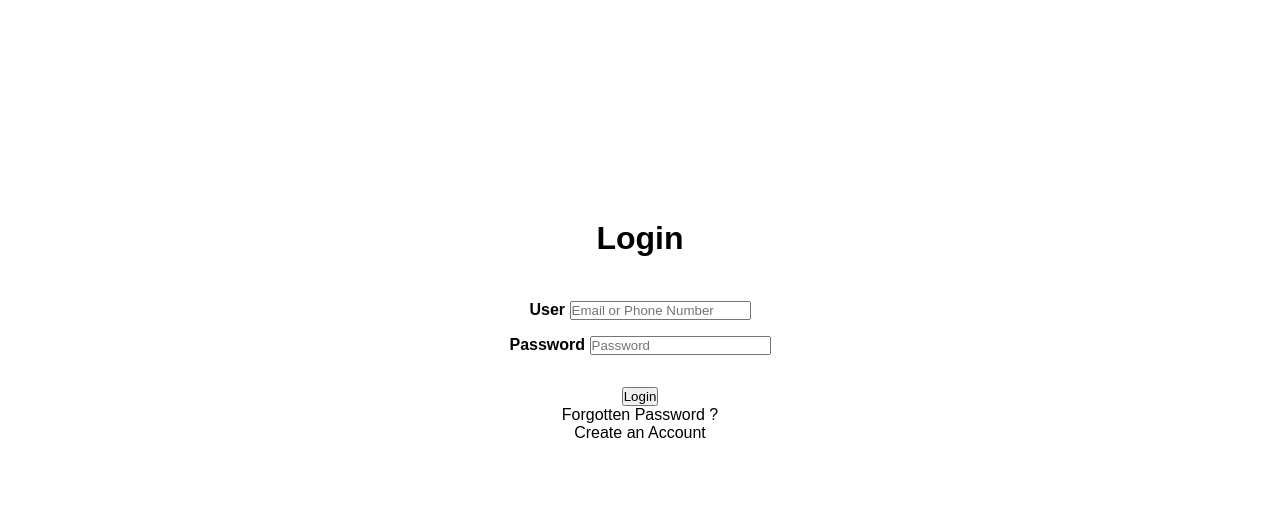
Repository: Naohonproject/web101x02_asm1
Page: login.html
An editor plug-in stored every save of this project. The page is shown before and after the next save, followed by the edit.
The browser window is 1280 px wide. The pictures show the whole page.

Above is the page before, as saved 2022-01-15 23:37:47.

After the next save:
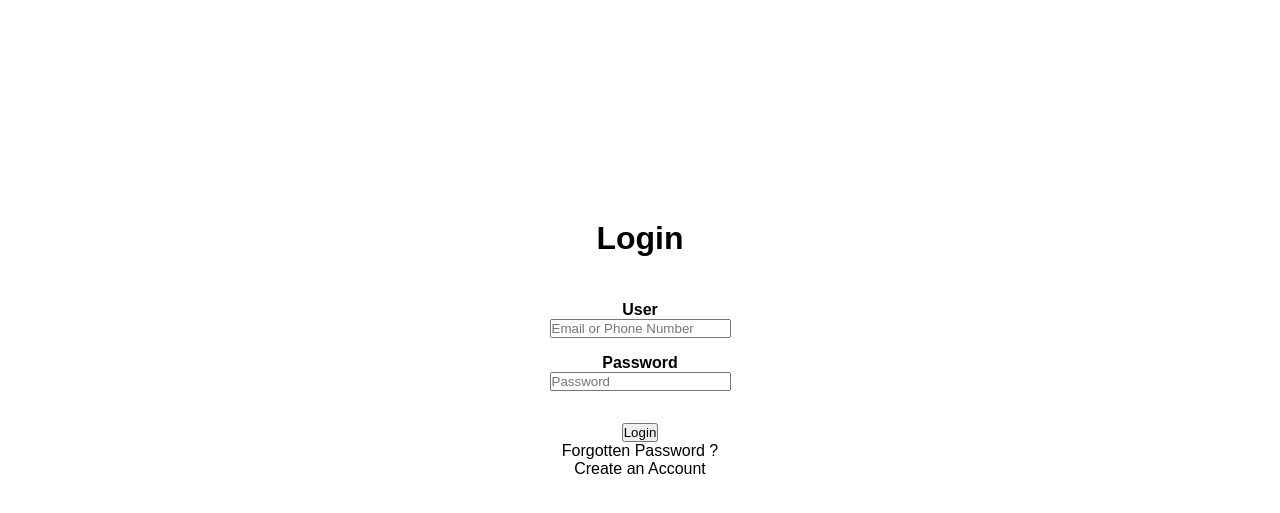
Saved 18 s later.
--- a/assets/css/style.css
+++ b/assets/css/style.css
@@ -204,3 +204,7 @@ a {
 .form .user-input {
 	padding: 8px 72px;
 }
+
+.form .user-input label {
+	padding: 8px 72px;
+}

After the save that followed:
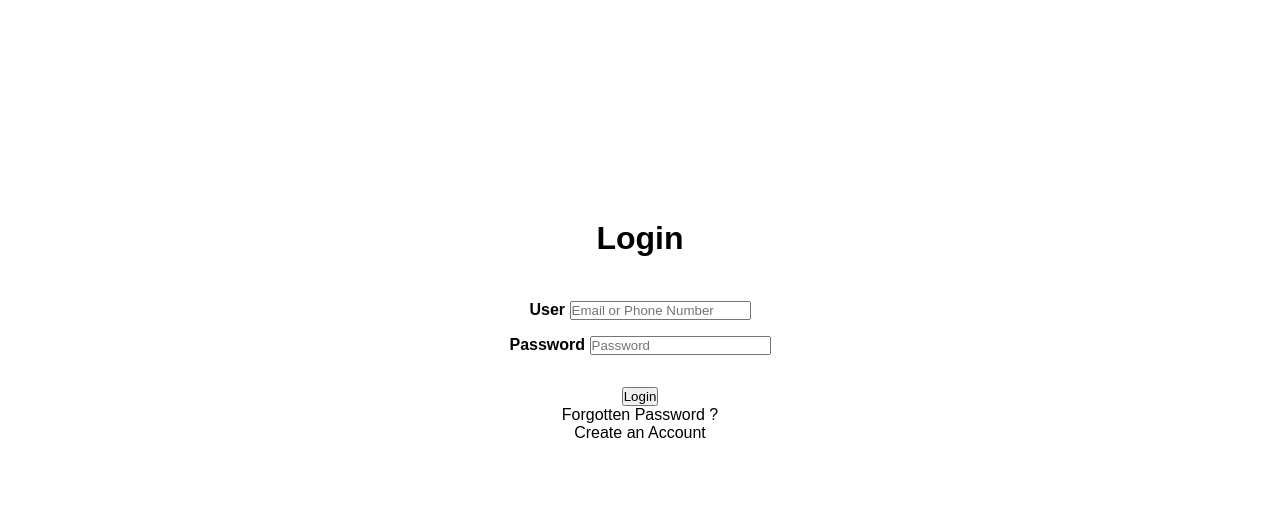
Saved 13 s later.
--- a/assets/css/style.css
+++ b/assets/css/style.css
@@ -206,5 +206,5 @@ a {
 }
 
 .form .user-input label {
-	padding: 8px 72px;
-}
+	text-align: left;
+}
